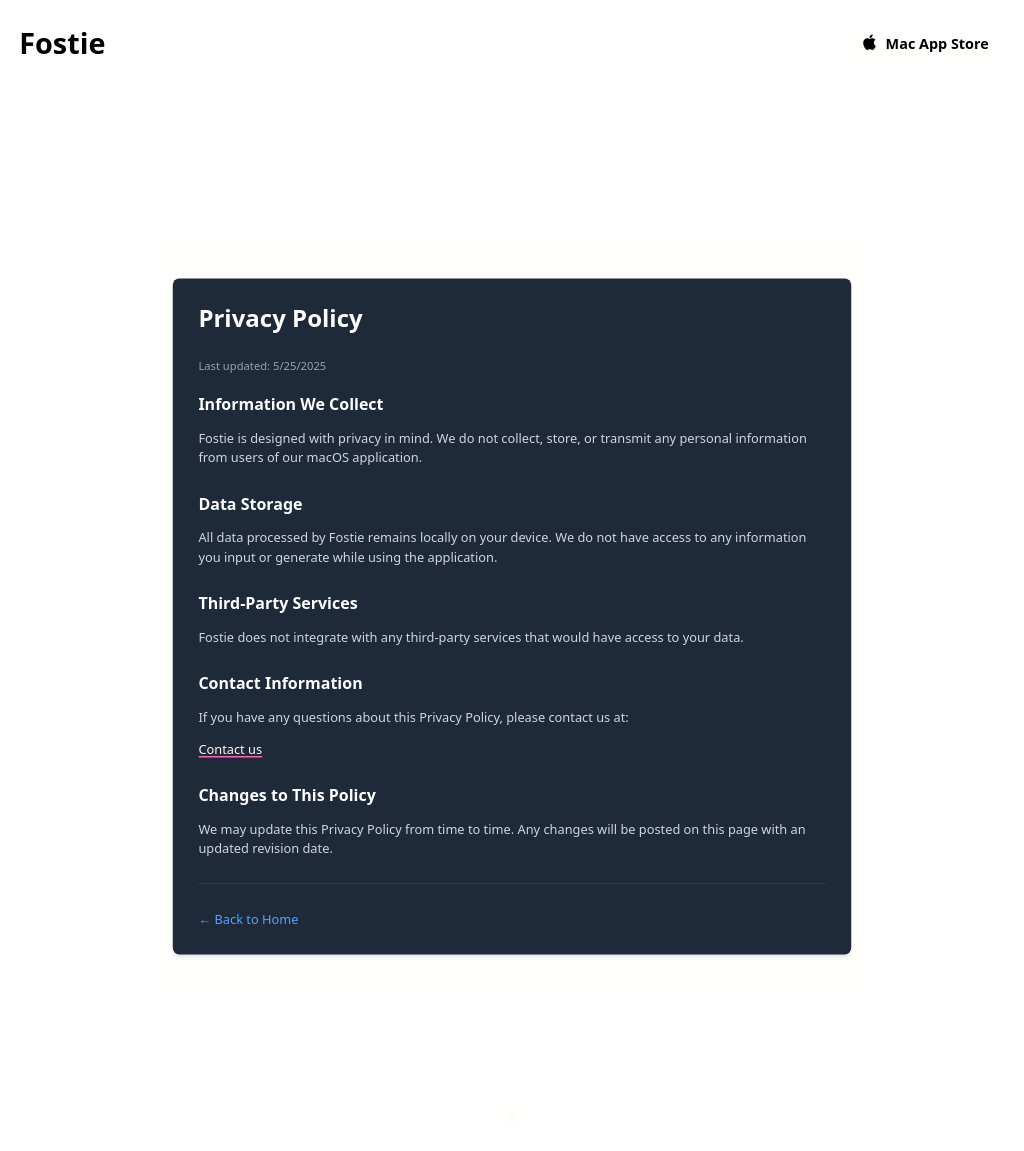
Repository: atimael/fostie-web
Page: /privacy
The author's editor kept a copy of each file at every save. The page is drawn from the files as they stood at one save, then again after the next save.
The browser window is 1280 px wide. The pictures show the whole page, at 80% of full size.
The project was rebuilt for these pictures with package versions that can differ from the ones it lists, and the page was loaded fresh each time. The framework's server and built-in components were replaced by stand-ins that run in the browser. Also part of the build but not shown: next.config.js.

Above is the page before, as saved 2025-05-28 21:46:42.

After the next save:
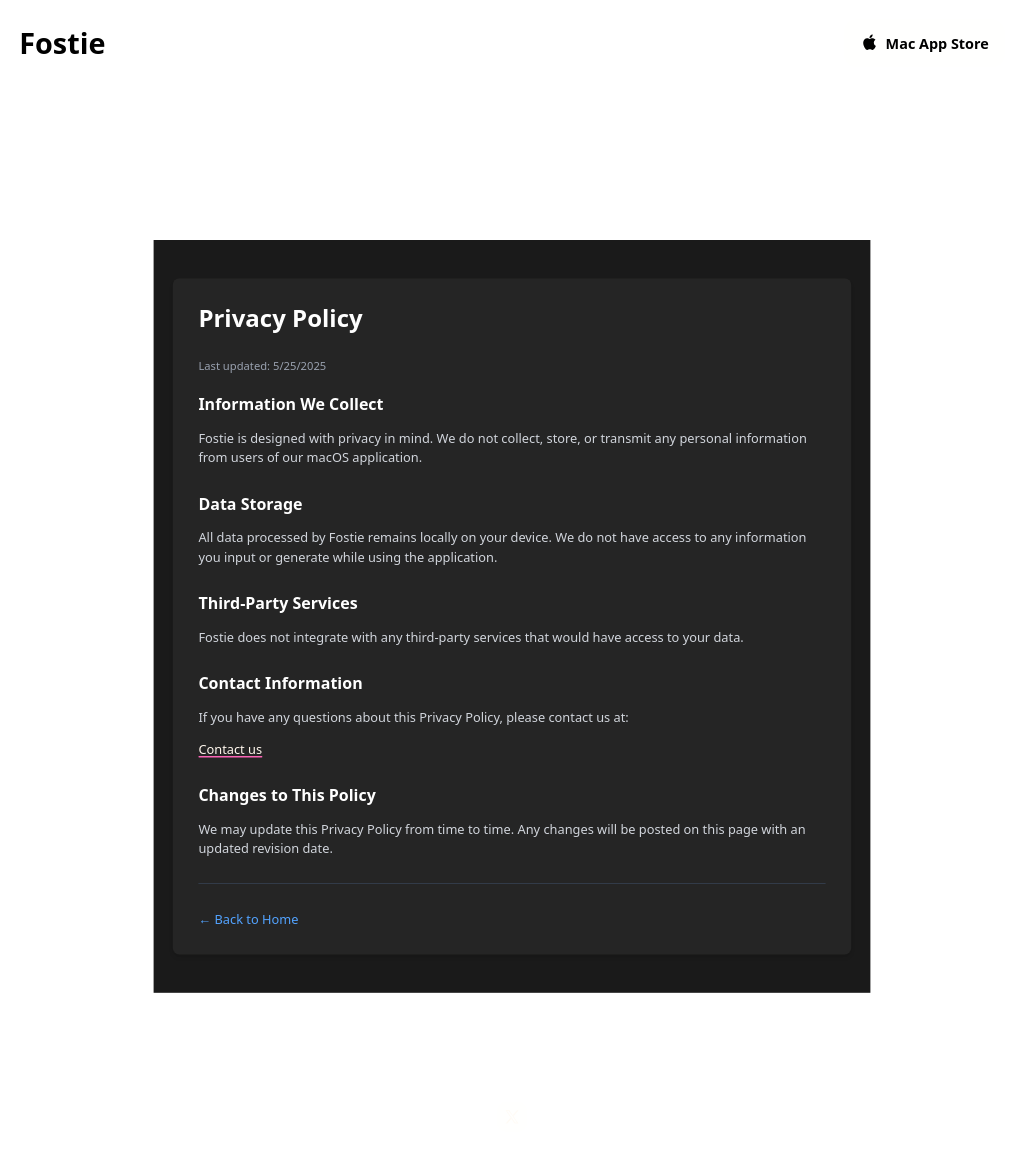
Saved 41 s later.
--- a/app/privacy/page.tsx
+++ b/app/privacy/page.tsx
@@ -2,9 +2,9 @@
   const currentYear = new Date().getFullYear();
 
   return (
-    <main className="min-h-screen bg-orange-50/5">
+    <main className="min-h-screen bg-custom-dark">
       <div className="max-w-4xl mx-auto px-6 py-12">
-        <div className="bg-white dark:bg-gray-800 rounded-lg shadow-md p-8">
+        <div className="bg-orange-50/5 rounded-lg shadow-md p-8">
           <h1 className="text-3xl font-bold text-gray-900 dark:text-white mb-8">
             Privacy Policy
           </h1>
